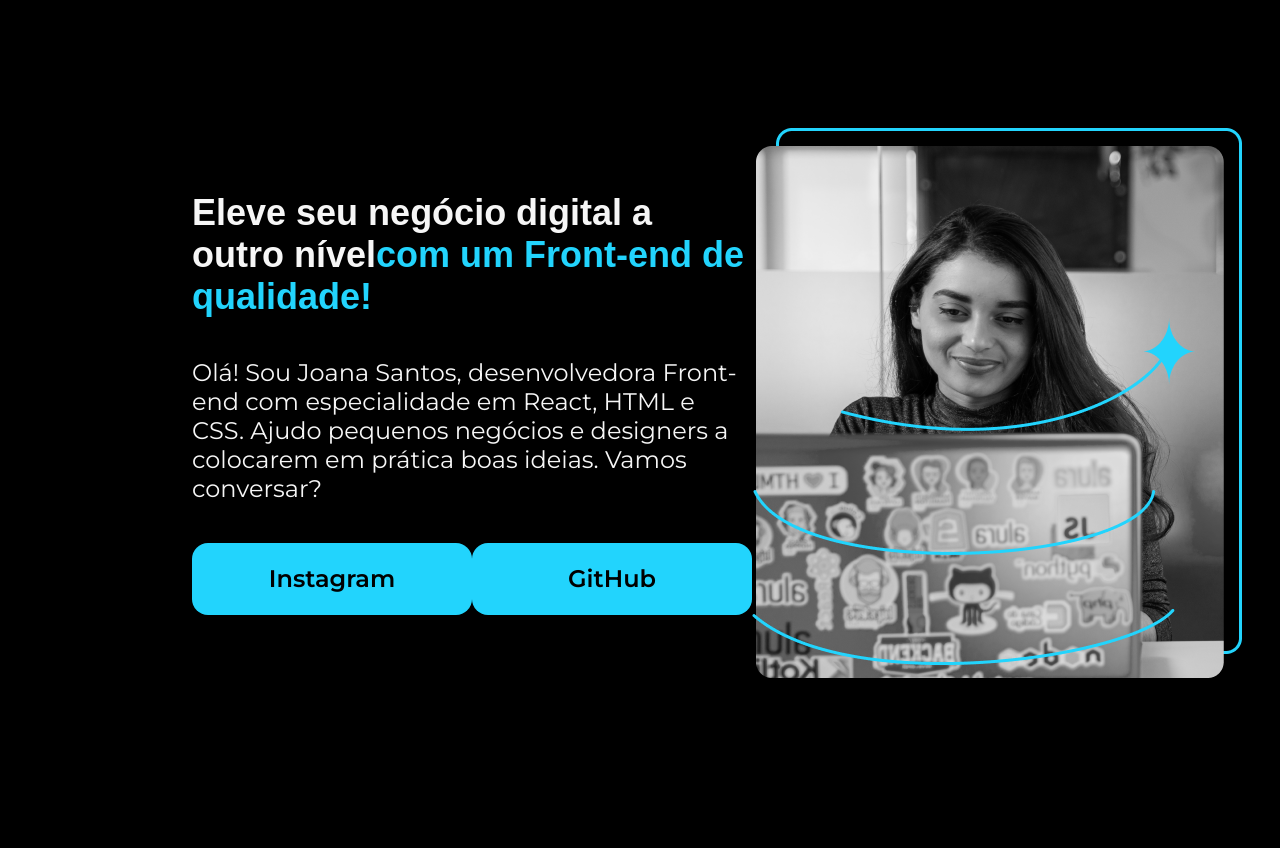
Repository: AnaFzCz/Portifolio-HTML-CSS-dinamico
Page: index.html
The author's editor kept a copy of each file at every save. The page is drawn from the files as they stood at one save, then again after the next save.
The browser window is 1280 px wide. The pictures show the whole page.
Some web fonts or font styles are not loaded; a fallback is used.

Above is the page before, as saved 2025-02-08 06:13:27.

### index.html
<!DOCTYPE html>
<html lang="pt-br">

<head>
    <meta charset="UTF-8">
    <meta http-equiv="X-UA-Compatible" content="IE=edge">
    <meta name="viewport" content="width=device-width, initial-scale=1.0">
    <title>Portifolio</title>
    <link rel="stylesheet" href="style.css">
</head>

<body>
    <header></header>
    <main class="apresentacao">
        <section class="apresentacao__conteudo">
            <h1 class="apresentacao__conteudo__titulo">Eleve seu negócio digital a outro nível<strong
            class="titulo-destaque">com um Front-end de qualidade!
            </strong></h1>
            <p class="apresentacao__conteudo__texto">Olá! Sou Joana Santos, desenvolvedora
            Front-end com especialidade em React, HTML e
            CSS. Ajudo pequenos negócios e designers a
            colocarem em prática boas ideias. Vamos
            conversar?</p>
            <div class="apresentacao__links">
                <a class="apresentacao__links__link" href="https://instagram.com/rafaballerini">Instagram</a>
                <a class="apresentacao__links__link" href="https://github.com/guilhermeonrails">GitHub</a>
            </div>
        </section>
        <img src="imagem.png" alt="Foto da Joana Santos programando">
    </main>
    <footer></footer>
</body>

</html>

### style.css
@import url('https://fonts.googleapis.com/css2?family=Krona+One&family=Montserrat:wght@400;600&display=swap');

*{
    margin: 0;
    padding: 0;
}

body{
    height: 100vh;
    box-sizing: border-box;
    background-color: #000000;
    color: #F6F6F6;
}

.titulo-destaque{
    color: #22D4FD;
}

.apresentacao{
    margin: 10% 15%;
    display: flex;
    align-items: center;
    justify-content: space-between;
}
.apresentacao__conteudo{
    width: 615px;
    display: flex;
    flex-direction: column;
    gap: 40px;
}

.apresentacao__conteudo__titulo{
    font-size: 36px;
    font-family: 'Krona One', sans-serif;
}

.apresentacao__conteudo__texto{
    font-size: 24px;
    font-family: 'Montserrat', sans-serif;
}

.apresentacao__links{
    display: flex;
    justify-content: space-between;
}

.apresentacao__links__link{
    background-color: #22D4FD;
    width: 280px;
    text-align: center;
    border-radius: 16px;
    font-size: 24px;
    font-weight: 600;
    padding: 21.5px 0;
    text-decoration: none;
    color: #000000;
    font-family: 'Montserrat', sans-serif;
}

After the next save:
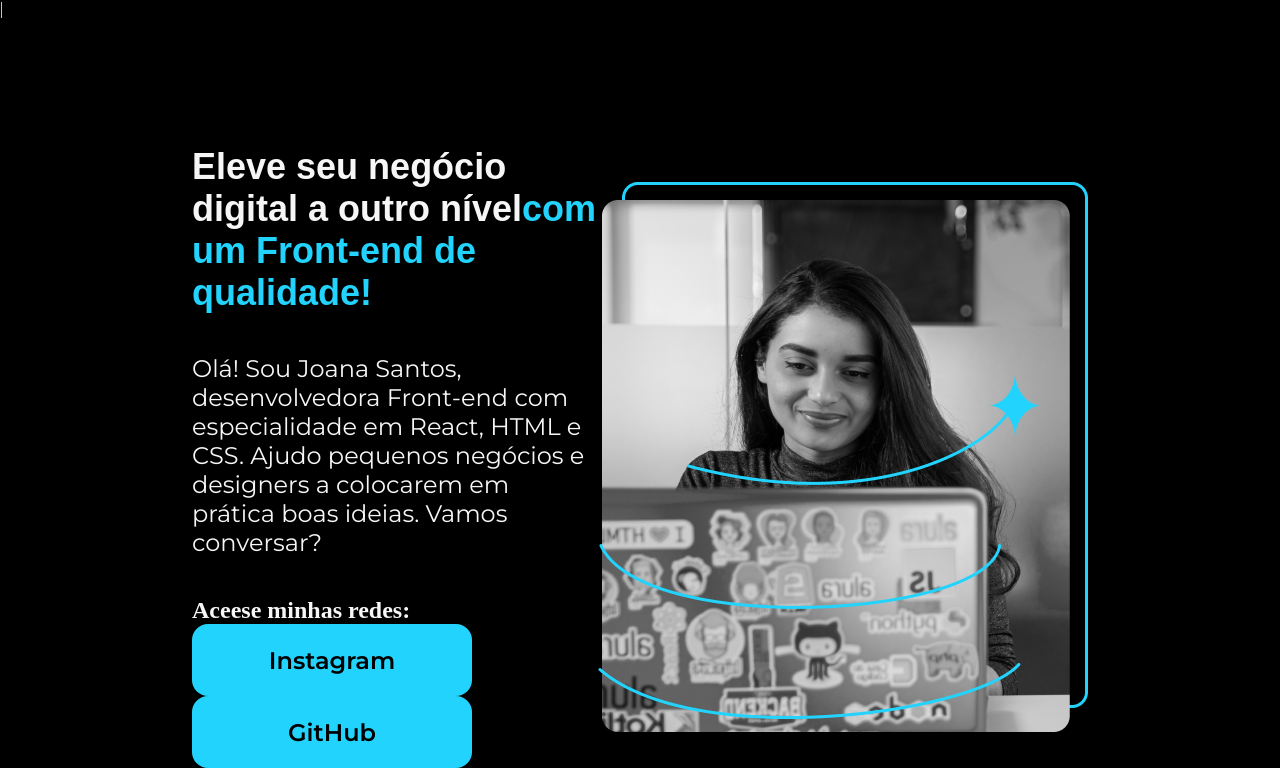
Saved 29 min 6 s later.
--- a/index.html
+++ b/index.html
@@ -1,4 +1,4 @@
-<!DOCTYPE html>
+|<!DOCTYPE html>
 <html lang="pt-br">
 
 <head>
@@ -22,9 +22,12 @@
             colocarem em prática boas ideias. Vamos
             conversar?</p>
             <div class="apresentacao__links">
+                <h2>Aceese minhas redes:</h2>
                 <a class="apresentacao__links__link" href="https://instagram.com/rafaballerini">Instagram</a>
+
                 <a class="apresentacao__links__link" href="https://github.com/guilhermeonrails">GitHub</a>
             </div>
+
         </section>
         <img src="imagem.png" alt="Foto da Joana Santos programando">
     </main>
--- a/style.css
+++ b/style.css
@@ -1,50 +1,52 @@
 @import url('https://fonts.googleapis.com/css2?family=Krona+One&family=Montserrat:wght@400;600&display=swap');
 
-*{
+* {
     margin: 0;
     padding: 0;
 }
 
-body{
+body {
     height: 100vh;
     box-sizing: border-box;
     background-color: #000000;
     color: #F6F6F6;
 }
 
-.titulo-destaque{
+.titulo-destaque {
     color: #22D4FD;
 }
 
-.apresentacao{
+.apresentacao {
     margin: 10% 15%;
     display: flex;
     align-items: center;
     justify-content: space-between;
 }
-.apresentacao__conteudo{
+
+.apresentacao__conteudo {
     width: 615px;
     display: flex;
     flex-direction: column;
     gap: 40px;
 }
 
-.apresentacao__conteudo__titulo{
+.apresentacao__conteudo__titulo {
     font-size: 36px;
     font-family: 'Krona One', sans-serif;
 }
 
-.apresentacao__conteudo__texto{
+.apresentacao__conteudo__texto {
     font-size: 24px;
     font-family: 'Montserrat', sans-serif;
 }
 
-.apresentacao__links{
+.apresentacao__links {
     display: flex;
+    flex-direction: column;
     justify-content: space-between;
 }
 
-.apresentacao__links__link{
+.apresentacao__links__link {
     background-color: #22D4FD;
     width: 280px;
     text-align: center;
